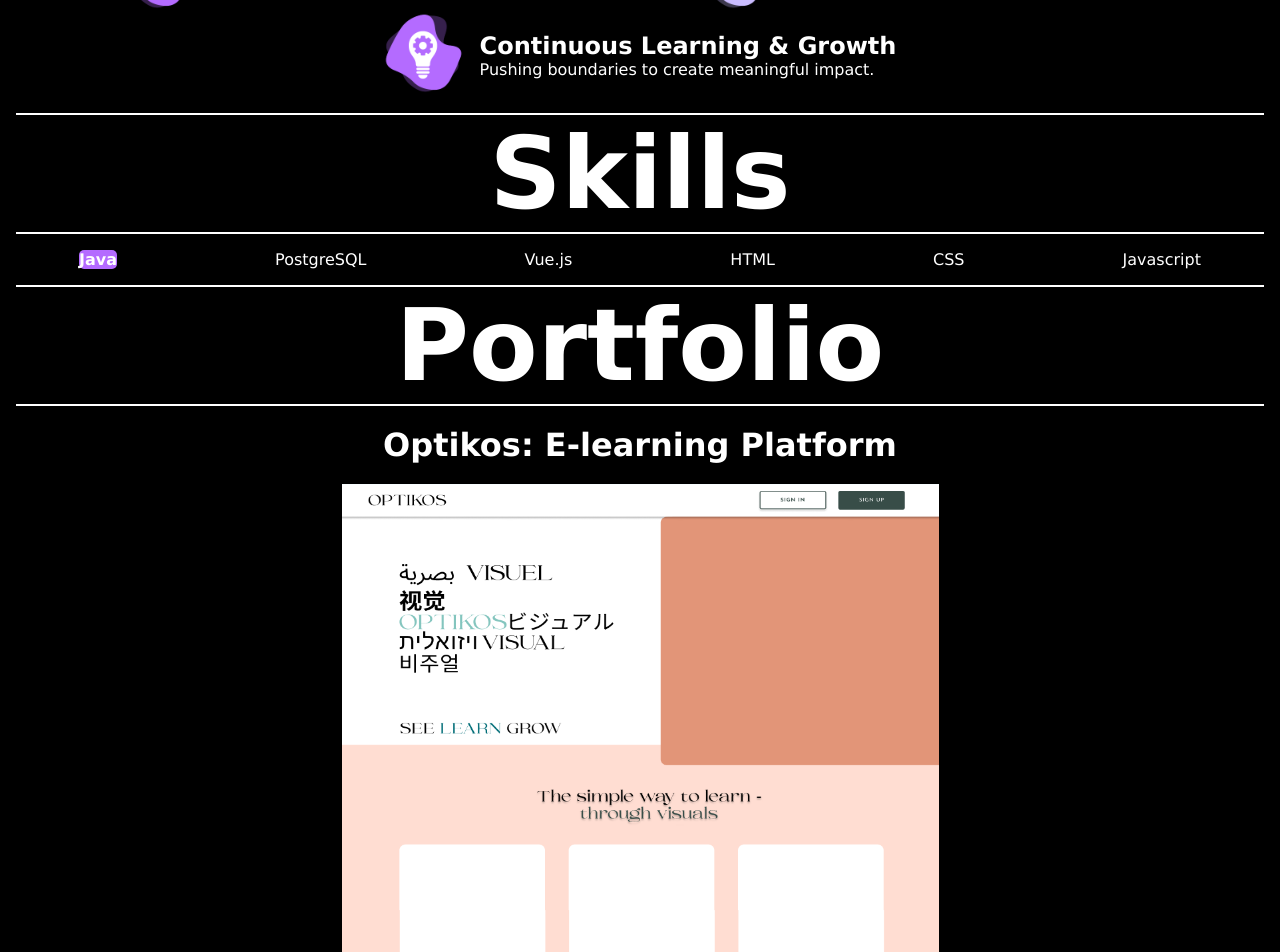
Repository: woodsdeshe/portfolio
Page: index.html
The author's editor kept a copy of each file at every save. The page is drawn from the files as they stood at one save, then again after the next save.
The browser window is 1280 px wide. The pictures show the part of the page from y = 1377 to 2329 px (the page is 2483 px tall before and 2499 px after).
The pointer rests on the first visible `.skills-content > p`.
A picture or video elsewhere on the page could not be fetched, so the positions and the page height are approximate. Some web fonts or font styles are not loaded; a fallback is used.

Above is the page before, as saved 2023-06-11 15:55:02.

### index.html
<!DOCTYPE html>
<html lang="en">
<head>
    <meta charset="UTF-8">
    <meta http-equiv="X-UA-Compatible" content="IE=edge">
    <meta name="viewport" content="width=device-width, initial-scale=1.0">
    <title data-aos="fade-down">DeShe Woods | Software Engineer</title>
    <link rel="stylesheet" href="style.css">
    <link rel="stylesheet" href="https://cdnjs.cloudflare.com/ajax/libs/aos/2.3.4/aos.css" />
</head>
<body>
    <div class="container">
        <video autoplay muted loop>
            <source src="./images/pexels-crazy-motions-11738195-1920x1080-24fps.mp4" type="video/mp4">
        </video>
        <div class="header">
            <h1>DESHE WOODS</h1>
        </div>
    </div>
    <div class="subheader">
        <h3>SOFTWARE ENGINEER | VISUAL ARTIST</h3>
    </div>
    <nav class="navbar">
        <ul>
            <li><a href="#about">About</a></li>
            <li><a href="#skills">Skills</a></li>
            <li><a href="#portfolio">Portfolio</a></li>
            <li><a href="#contact">Contact</a></li>
        </ul>
    </nav>
    <div class="headshot" data-aos="fade-up">
        <img src="./images/Headshot.jpg" alt="Picture of DeShe Woods">
    </div>
    <div class="about-me" data-aos="fade-up">
        <div class="about-container">
            <div class="logo">
                <img src="./images/code-logo.png" alt="Software Engineer Logo">
            </div>
            <div class="about-content">
                <h2>Passionate Software Engineer</h2>
                <p>Ready to tackle coding challenges with enthusiasm.</p>
            </div>
        </div>
        <div class="about-container">
            <div class="logo">
                <img src="./images/diversity-logo.png" alt="Tea Lover Logo">
            </div>
            <div class="about-content">
                <h2>Tea Lover & Detail-Oriented</h2>
                <p>Committed to fostering diversity in tech.</p>
            </div>
        </div>
        <div class="about-container">
            <div class="logo">
                <img src="./images/gears-logo.png" alt="Continuous Learning Logo">
            </div>
            <div class="about-content">
                <h2>  Continuous Learning & Growth</h2>
                <p>Pushing boundaries to create meaningful impact.</p>
            </div>
        </div>
    </div>


    <div class="skills-header">
        <h1 id="skills">Skills</h1>
    </div>
    <div class="skills-content" data-aos="fade-up">
        <p class="java">Java</p>
        <p class="postgresql">PostgreSQL</p>
        <p class="Vue-js">Vue.js</p>
        <p class="html">HTML</p>
        <p class="css">CSS</p>
        <p class="javascript">Javascript</p>
    </div>
    <div class="portfolio-header">
        <h1 id="portfolio">Portfolio</h1>
    </div>
    <div class="optikos" data-aos="fade-up">
        <h1>Optikos: E-learning Platform</h1>
        <img src="./images/Screenshot (6).png" alt="Screenshot of Optikos home page">
    </div>
    <div class="contact" id="contact">
        <h2>Contact</h2>
    </div>
   <footer>
    <a href="#">LinkedIn</a> |
    <a href="#">Github</a> |
    <a href="#">Email</a>
   </footer>

   <script src="https://cdnjs.cloudflare.com/ajax/libs/jquery/3.6.0/jquery.min.js"></script>
   <script src="https://cdnjs.cloudflare.com/ajax/libs/aos/2.3.4/aos.js"></script>
   <script>
     AOS.init();
   </script>
</body>
</html>

### style.css
@import url('https://fonts.googleapis.com/css2?family=Climate+Crisis&display=swap');

* {
    margin: 0;
    padding: 0;
    box-sizing: border-box;
}

body:not(.container) {
    background-color: #000;
    font-family: Verdana, Geneva, Tahoma, sans-serif;
    color: white;
    overflow-y: scroll;
}

.container {
    width: 100%;
    min-height: 100vh;
    position: relative;
    overflow: hidden;
}

.container video {
    height: 100%;
    width: 100%;
}

.header h1{
    font-family:'Climate Crisis', cursive, Verdana;
    font-size: 200px;
    font-weight: 900;
    text-align: center;
    color: white;
    position: absolute;
    top: 0;
    left:0;
    background: #000;
    height: 100%;
    width: 100%;
    display:flex;
    align-items: center;
    justify-content: center;
    flex-wrap: wrap;
    mix-blend-mode: multiply;
}

.subheader {
    border-top: 2px solid white;
    border-bottom: 2px solid white;
    padding: 1rem;
    text-align: center;
    font-size: 40px;
}

.navbar {
    background-color: #000;
    padding: 1rem;
    text-align: center;
}

.navbar ul {
    list-style-type: none;
}

.navbar li {
    display: inline-block;
    margin-right: 1rem;
}

.navbar a {
    text-decoration: none;
    color: white;
    font-size: 20px;
    font-weight: bold;
    padding: 0.5rem 1rem;
}

.navbar a:hover {
    background-color: #b46bff;
    border-radius: 5px;
}


.headshot img {
    height:400px;
    width: 400px;
    align-content: center;
    display:block;
    margin-left: auto;
    margin-right: auto;
    margin-top: 20px;
    margin-bottom: 20px;
}


.about-me {
    display: flex;
    flex-wrap: wrap;
    justify-content: center;
}

.about-container {
    display: flex;
    align-items: center;
    margin: 0 2rem;
}

.logo img {
    height: 80px;
    width: 80px;
}

.about-content {
    margin-left: 1rem;
}

.portfolio-header, .skills-header, .contact h2 {
    font-size: 50px;
    text-align: center;
    border-top: 2px solid white;
    border-bottom: 2px solid white;
    margin: 1rem
}

.skills-content {
    display: flex;
    flex-direction: row;
    justify-content: space-around;
}

.skills-content > p:hover {
    background-color: #b46bff;
    border-radius: 5px;
    font-weight: bolder;
    cursor: pointer;
}


.portfolio {
    display: flex;
    flex-direction: column;
}

.optikos img {
   width: 597px;
   height: 500px;
   display: block;
   margin-left: auto;
    margin-right: auto;
    margin-bottom: 20px;
}


.optikos h1 {
    text-align: center;
    margin: 20px;
}

.optikos p {
    grid-area: "optikos-content";
}

.contact h2{
    font-size: 50px
}

footer {
    display: flex;
    justify-content: center;
    font-size: 20px;
}

footer a {

        box-shadow: inset 0 0 0 0 #54b3d6;
        color: white;
        margin: 0 -.25rem;
        padding: 0 .25rem;
        transition: color .3s ease-in-out, box-shadow .3s ease-in-out;
}

footer a:hover {
    box-shadow: inset 100px 0 0 0 #54b3d6;
    color: white;
}

@media screen and (max-width: 768px) {
.container {
        min-height: auto;
        height: 100vh;
    }
    .container video {
        height: auto;
        width: 100%;
    }

    .about-me {
        flex-direction: column;
        align-items: center;
    }

    .about-container {
        margin: 1rem 0;
    }

    .about-content {
        margin-left: 0;
        margin-top: 1rem;
    }
}

body:not(.container) {
    overflow-x: hidden;
}

After the next save:
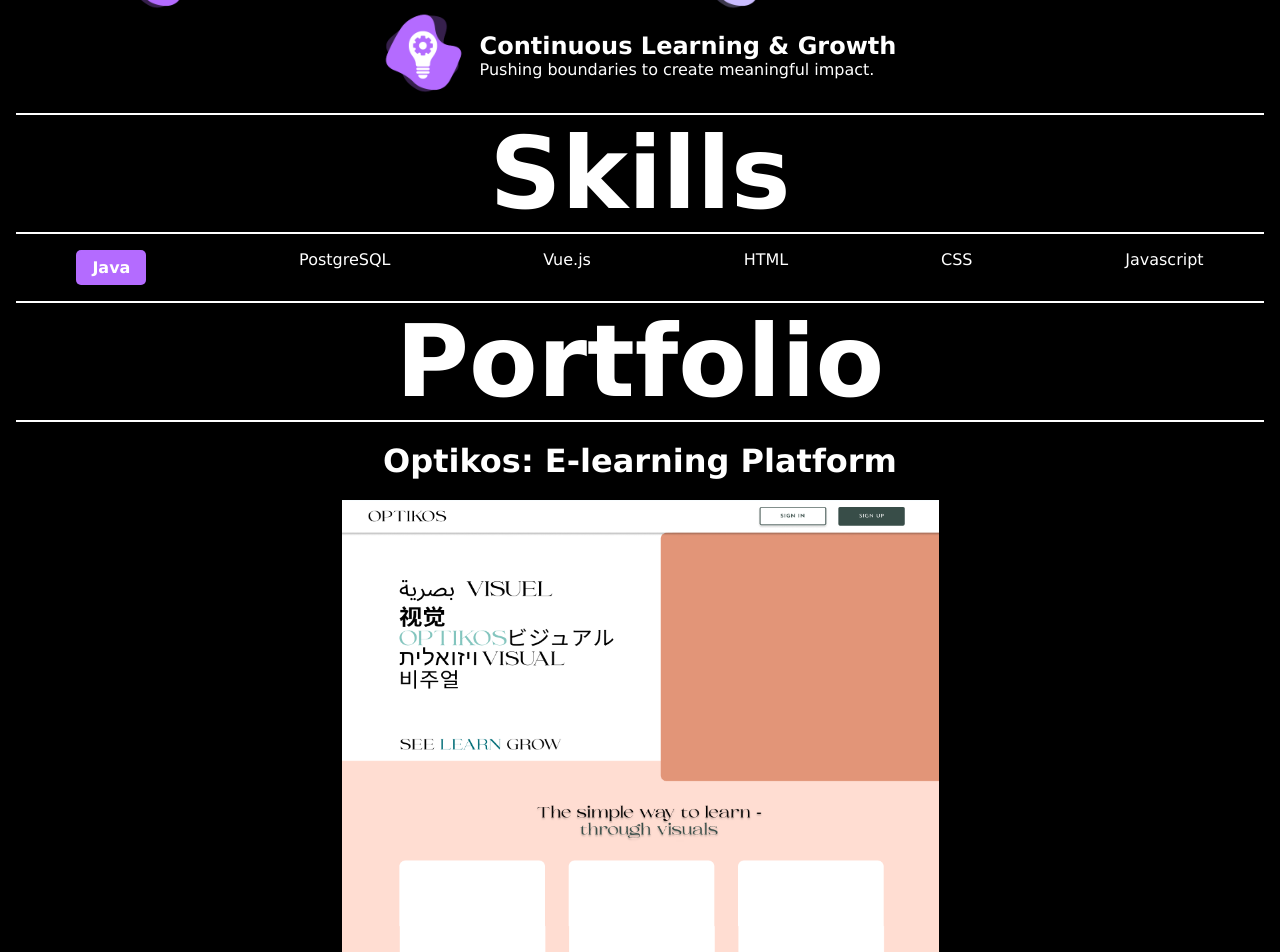
Saved 23 s later.
--- a/style.css
+++ b/style.css
@@ -133,6 +133,7 @@ body:not(.container) {
     border-radius: 5px;
     font-weight: bolder;
     cursor: pointer;
+    padding: 0.5rem 1rem;
 }
 
 
